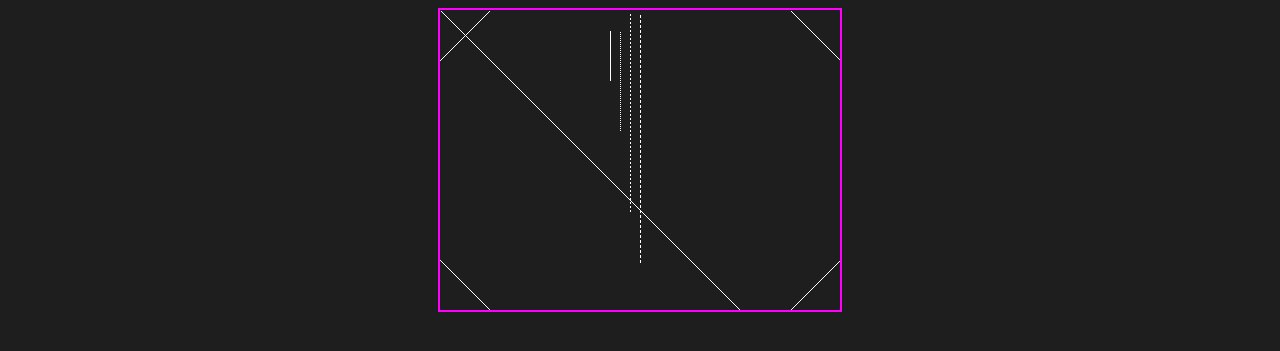
Repository: StarLightGX/miao
Page: paint.html
These files come from the project's save history. The page is drawn as it stood at one moment and after the next save; the edit follows.
The browser window is 1280 px wide. The pictures show the whole page.

Above is the page before, as saved 2020-11-12 20:09:32.

### paint.html
<!DOCTYPE html>
<html lang="en">
  <head>
    <meta charset="UTF-8" />
    <title>画图</title>
    <style>
      html {
        background-color: rgb(30, 30, 30);
      }
      canvas {
        border: 2px solid #f0f;
        display: block;
        margin: auto;
      }
    </style>
  </head>
  <body>
    <canvas width="400" height="300"></canvas>
  </body>
  <script>
    var canvas = document.querySelector("canvas");
    canvas.style.imageRendering = "pixelated";
    var ctx = canvas.getContext("2d");

    function dot(x, y, color = "white") {
      x = x | 0;
      y = y | 0;
      ctx.fillStyle = color;
      ctx.fillRect(x, y, 1, 1);
    }

    function line(x1, y1, x2, y2) {
      ctx.strokeStyle = "black";
      ctx.moveTo(x1, y1);
      ctx.lineTo(x2, y2);
      ctx.stroke();
    }
    /**
   * YOUR TASK
画图的题：
画一条实线
画一条一个实点一个空点的虚线
画一条两个实点两个空点的虚线
画一条三个实点两个空点的虚线
画一条45度的斜线
画一条30度的斜线（选做）
在四个角画分别画一条45度的斜线以让画面看起来像一个相框
画一条跨越画布左上角和右下角的对角线
画一个空心矩形
画一个实心矩形
画一个rgb色彩空间的某一面
画一个空心的圆
画一个实心的圆
画一个大小合适的sin(x)的图像
   */
  </script>
  <script>
    // YOUR CODE GOES BELOW
    var x = 1;
    var y = 1;
    var i = 0;

    // 画一条实线
    y = 20;
    for (i = 0; i < 50; i++) {
      y = y + 1;
      x = 170;
      dot(x, y);
    }

    // 画一条一个实点一个空点的虚线
    y = 20;
    for (i = 0; i < 50; i++) {
      y = y + 2;
      x = 180;
      dot(x, y);
    }

    // 画一条两个实点两个空点的虚线

    for (i = 0; i < 50; i++) {
      y = 4 * (i + 1);
      x = 190;
      dot(x, y);
    }

    for (i = 0; i < 50; i++) {
      y = 4 * (i + 1) + 1;
      x = 190;
      dot(x, y);
    }

    // 画一条三个实点两个空点的虚线

    for (i = 0; i < 50; i++) {
      y = 5 * (i + 1);
      x = 200;
      dot(x, y);
    }

    for (i = 0; i < 50; i++) {
      y = 5 * (i + 1) + 1;
      x = 200;
      dot(x, y);
    }

    for (i = 0; i < 50; i++) {
      y = 5 * (i + 1) + 2;
      x = 200;
      dot(x, y);
    }

    // 画一条45度的斜线
    y = 0;
    for (i = 0; i < 1050; i++) {
      y = y + 1;
      x = y;
      dot(x, y);
    }
    // 画一条30度的斜线（选做）
    y = 0;
    for (i = 0; i < 1050; i++) {
      y = y + 1;
      x = y;
      dot(x, y);
    }
    // 在四个角画分别画一条45度的斜线以让画面看起来像一个相框
    y = 0;
    for (i = 0; i < 1050; i++) {
      y = y + 1;
      x = y;
      dot(x - 250, y);
    }
    y = 0;
    for (i = 0; i < 1050; i++) {
      y = y + 1;
      x = y;
      dot(x + 350, y);
    }
    y = 0;
    for (i = 0; i < 1050; i++) {
      y = y + 1;
      x = -y;
      dot(x + 50, y);
    }
    y = 0;
    for (i = 0; i < 1050; i++) {
      y = y + 1;
      x = -y;
      dot(x + 650, y);
    }

    // 画一条跨越画布左上角和右下角的对角线

    // 画一个空心矩形
    // 画一个实心矩形
    // 画一个rgb色彩空间的某一面
    // 画一个空心的圆
    // 画一个实心的圆
    // 画一个大小合适的sin(x)的图像
  </script>
</html>

After the next save:
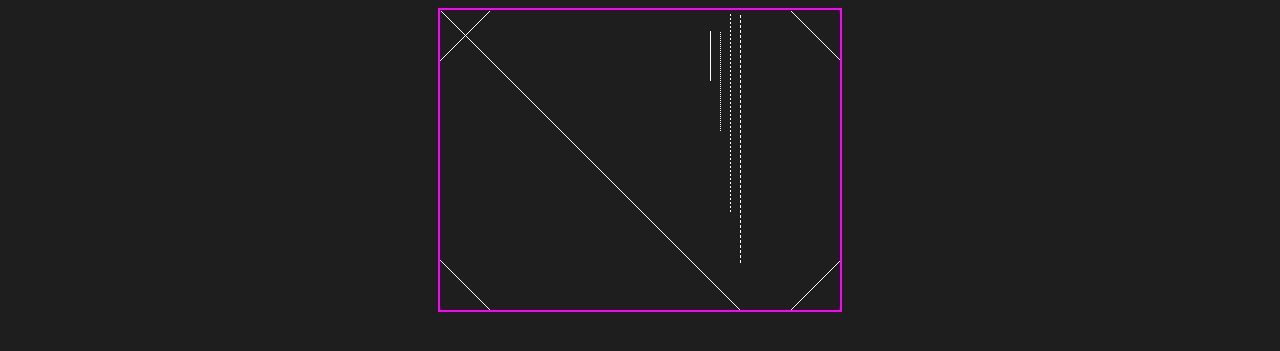
Saved 40 s later.
--- a/paint.html
+++ b/paint.html
@@ -64,7 +64,7 @@
     y = 20;
     for (i = 0; i < 50; i++) {
       y = y + 1;
-      x = 170;
+      x = 270;
       dot(x, y);
     }
 
@@ -72,7 +72,7 @@
     y = 20;
     for (i = 0; i < 50; i++) {
       y = y + 2;
-      x = 180;
+      x = 280;
       dot(x, y);
     }
 
@@ -80,13 +80,13 @@
 
     for (i = 0; i < 50; i++) {
       y = 4 * (i + 1);
-      x = 190;
+      x = 290;
       dot(x, y);
     }
 
     for (i = 0; i < 50; i++) {
       y = 4 * (i + 1) + 1;
-      x = 190;
+      x = 290;
       dot(x, y);
     }
 
@@ -94,19 +94,19 @@
 
     for (i = 0; i < 50; i++) {
       y = 5 * (i + 1);
-      x = 200;
+      x = 300;
       dot(x, y);
     }
 
     for (i = 0; i < 50; i++) {
       y = 5 * (i + 1) + 1;
-      x = 200;
+      x = 300;
       dot(x, y);
     }
 
     for (i = 0; i < 50; i++) {
       y = 5 * (i + 1) + 2;
-      x = 200;
+      x = 300;
       dot(x, y);
     }
 
